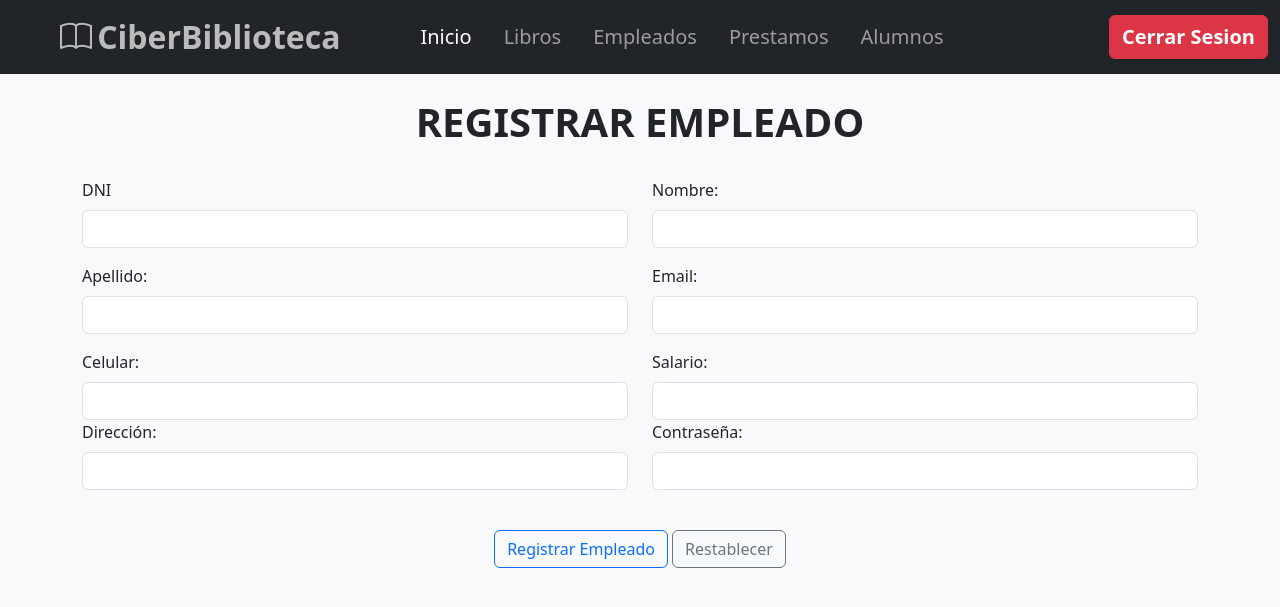
Repository: WilmerOcampo/LP1_Biblioteca
Page: http://localhost/Proyecto/registrarEmpleado.jsp
The author's editor kept a copy of each file at every save. The page is drawn from the files as they stood at one save, then again after the next save.
The browser window is 1280 px wide. The pictures show the whole page.
The page is served by Tomcat 10. Other server files are loaded and not shown.

Above is the page before, as saved 2023-05-31 16:36:41.

### Proyecto/src/main/webapp/registrarEmpleado.jsp
<%@ page language="java" contentType="text/html; charset=ISO-8859-1"
    pageEncoding="ISO-8859-1"%>
<!DOCTYPE html>
<html>
<head>
<meta charset="ISO-8859-1">
<title>Registrar Empleado</title>
<link href="https://cdn.jsdelivr.net/npm/bootstrap@5.3.0-alpha3/dist/css/bootstrap.min.css" rel="stylesheet">
<link rel="stylesheet" href="https://cdn.jsdelivr.net/npm/bootstrap-icons@1.8.1/font/bootstrap-icons.css">
</head>

<body class="bg-light">

    <!-- Inicio del menu -->
      <nav class="navbar navbar-expand-md navbar-dark bg-dark">
        <div class="container-fluid">

        <!-- icono o nombre -->
        <a class="navbar-brand" href="#" style="padding-left: 3rem; padding-right: 3rem;">
            <i class="bi bi-book" style="font-size: 2rem; color:#bbb"></i>
            <span style="font-size: 2rem; color:#bbb"><b>CiberBiblioteca</b></span>
          </a>

        <!-- boton del menu -->
        <button class="navbar-toggler" type="button" data-bs-toggle="collapse" data-bs-target="#menu" aria-controls="navbarSupportedContent" aria-expanded="false" aria-label="Toggle navigation">
            <span class="navbar-toggler-icon"></span>
        </button>

          <!-- elementos del menu colapsable -->
        <div class="collapse navbar-collapse" id="menu">
            <ul class="navbar-nav me-auto" style="font-size: 20px">
                  <li class="nav-item" style="margin:0 0.5rem">
                    <a class="nav-link active" aria-current="page" href="index.jsp">Inicio</a>
                  </li>
                  <li class="nav-item" style="margin:0 0.5rem">
                    <a class="nav-link" href="listaLibros.jsp">Libros</a>
                  </li>
                  <li class="nav-item" style="margin:0 0.5rem">
                    <a class="nav-link" href="listaEmpleados.jsp">Empleados</a>
                  </li>
                  <li class="nav-item" style="margin:0 0.5rem">
                    <a class="nav-link" href="listaPrestamos.jsp">Prestamos</a>
                  </li>
                  <li class="nav-item" style="margin:0 0.5rem">
                    <a class="nav-link" href="listaAlumnos.jsp">Alumnos</a>
                  </li>
                 </ul>

          <hr class="d-md-none text-white-50">

         <!--boton Informacion -->
          <form class="d-flex">
            <button class="btn btn-danger d-none d-md-inline-block " type="submit" style="font-size: 20px; font-weight:600"><a href="login.jsp" style="text-decoration: none; color: #fff">Cerrar Sesion</a></button>
          </form>
        </div>
        </div>
      </nav>

    <div class="container">
        <br>
        <h1 class="text-center" style="text-transform: uppercase;"><strong>Registrar Empleado</strong></h1><br>
        <form>
            <div class="row mb-3">
                <div class="col-md-6">
                    <label for="dni" class="form-label">DNI</label>
                    <input type="text" class="form-control" id="dni" name="dni">
                </div>
                <div class="col-md-6">
                    <label for="nombre" class="form-label">Nombre:</label>
                    <input type="text" class="form-control" id="nombre" name="nombre">
                </div>
            </div>
            <div class="row mb-3">
                <div class="col-md-6">
                    <label for="apellido" class="form-label">Apellido:</label>
                    <input type="text" class="form-control" id="apellido" name="apellido">
                </div>
                <div class="col-md-6">
                    <label for="email" class="form-label">Email:</label>
                    <input type="email" class="form-control" id="email" name="email">
                </div>
            </div>
            <div class="row mb-3">
                <div class="col-md-6">
                    <label for="celular" class="form-label">Celular:</label>
                    <input type="text" class="form-control" id="celular" name="celular">
                </div>
                <div class="col-md-6">
                    <label for="direccion" class="form-label">Salario:</label>
                    <input type="text" class="form-control" id="salario" name="salario">
                </div>
                <div class="col-md-6">
                    <label for="direccion" class="form-label">Dirección:</label>
                    <input type="text" class="form-control" id="direccion" name="direccion">
                </div>
                <div class="col-md-6">
                    <label for="direccion" class="form-label">Contraseña:</label>
                    <input type="text" class="form-control" id="password" name="password">
                </div>
            </div>
            <div class="row">
                <div class="col-md-12 text-center">
                    <br><input type="submit" name="Registrar" id="registrar" value="Registrar Empleado" class="btn btn-outline-primary">
                    <input type="reset" name="borrar" id="borrar" value="Restablecer" class="btn btn-outline-secondary">
                </div>
            </div>
        </form>
    </div>

    <script src="https://cdn.jsdelivr.net/npm/bootstrap@5.3.0-alpha3/dist/js/bootstrap.bundle.min.js"
        integrity="sha384-ENjdO4Dr2bkBIFxQpeoTz1HIcje39Wm4jDKdf19U8gI4ddQ3GYNS7NTKfAdVQSZe"
        crossorigin="anonymous"></script>

</body>
</html>

After the next save:
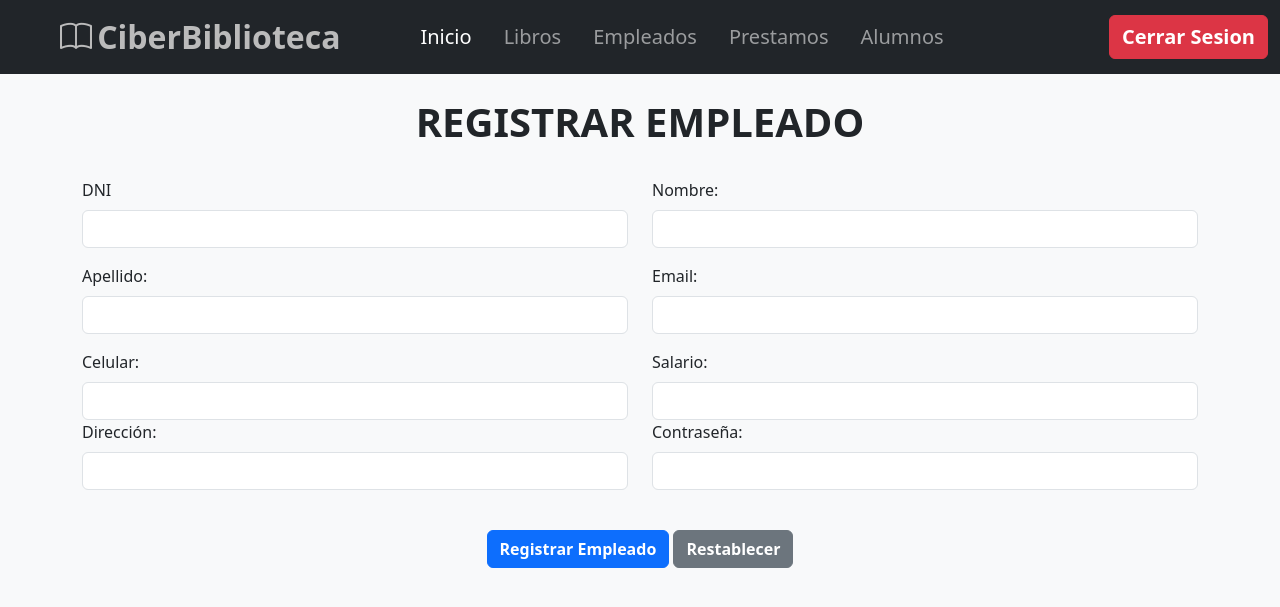
Saved 12 s later.
--- a/Proyecto/src/main/webapp/registrarEmpleado.jsp
+++ b/Proyecto/src/main/webapp/registrarEmpleado.jsp
@@ -100,8 +100,8 @@
             </div>
             <div class="row">
                 <div class="col-md-12 text-center">
-                    <br><input type="submit" name="Registrar" id="registrar" value="Registrar Empleado" class="btn btn-outline-primary">
-                    <input type="reset" name="borrar" id="borrar" value="Restablecer" class="btn btn-outline-secondary">
+                    <br><input type="submit" name="Registrar" id="registrar" value="Registrar Empleado" class="btn btn-primary" style="font-weight: 600">
+                    <input type="reset" name="borrar" id="borrar" value="Restablecer" class="btn btn-secondary" style="font-weight: 600">
                 </div>
             </div>
         </form>
